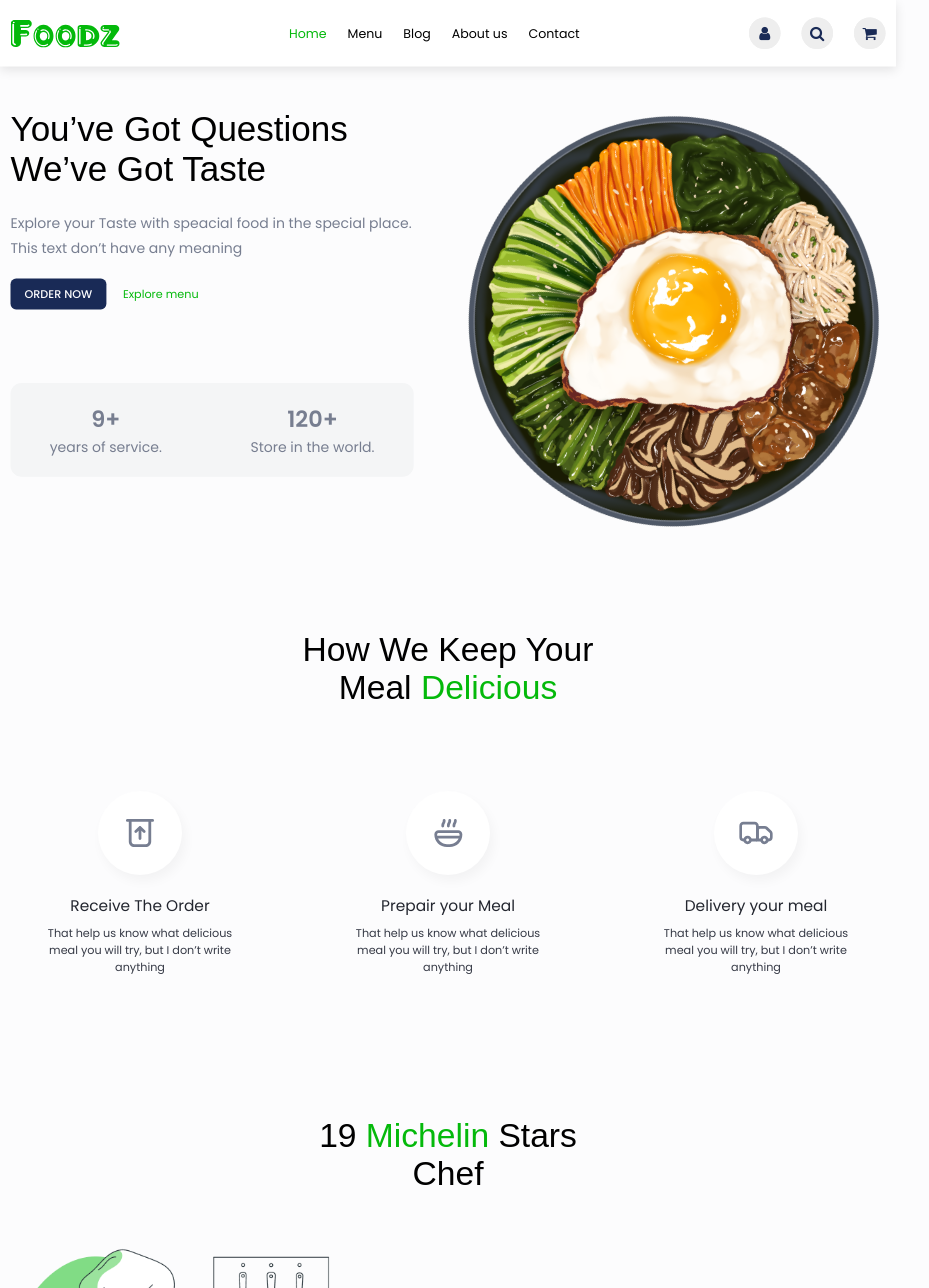
Repository: Toan3333/fooz
Page: index.html
The author's editor kept a copy of each file at every save. The page is drawn from the files as they stood at one save, then again after the next save.
The browser window is 1280 px wide. The page is 1324 px wide, then 1327 px, so the pictures cover 1327 px, including what lies to the right of the window. The pictures show the part of the page from y = 0 to 1840 px (the page is 5694 px tall), at 70% of full size.
Some web fonts or font styles are not loaded; a fallback is used.

Above is the page before, as saved 2023-06-09 10:43:20.

After the next save:
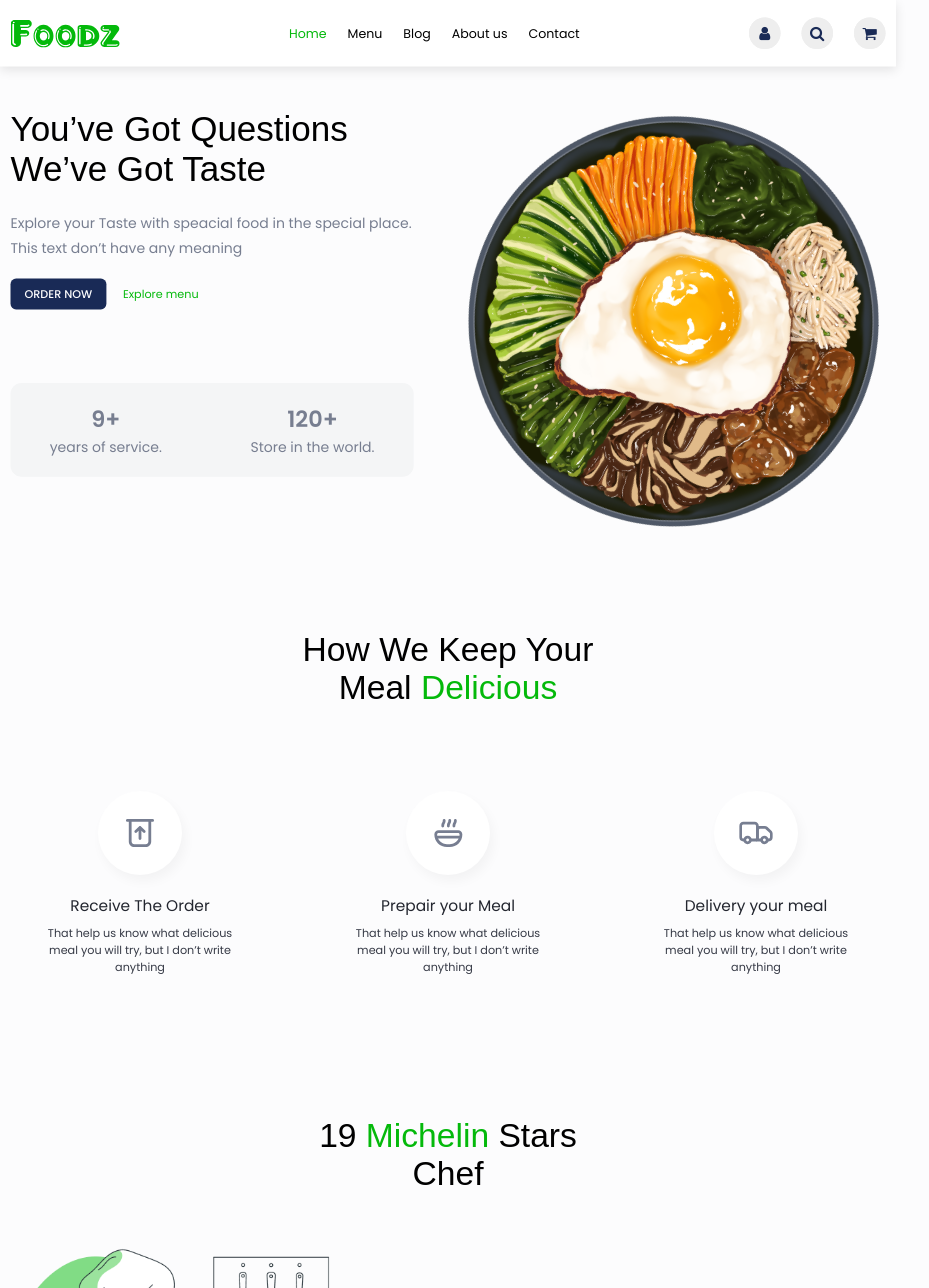
Saved 96 s later.
--- a/assets/js/app.js
+++ b/assets/js/app.js
@@ -5,3 +5,8 @@ function fadeOut() {
   setInterval(loader, 3000);
 }
 window.onload = fadeOut();
+window.onscroll = () => {
+  if (window.scrollY > 60) {
+    document.querySelector("#scroll-top").classList.add("active");
+  }
+};
